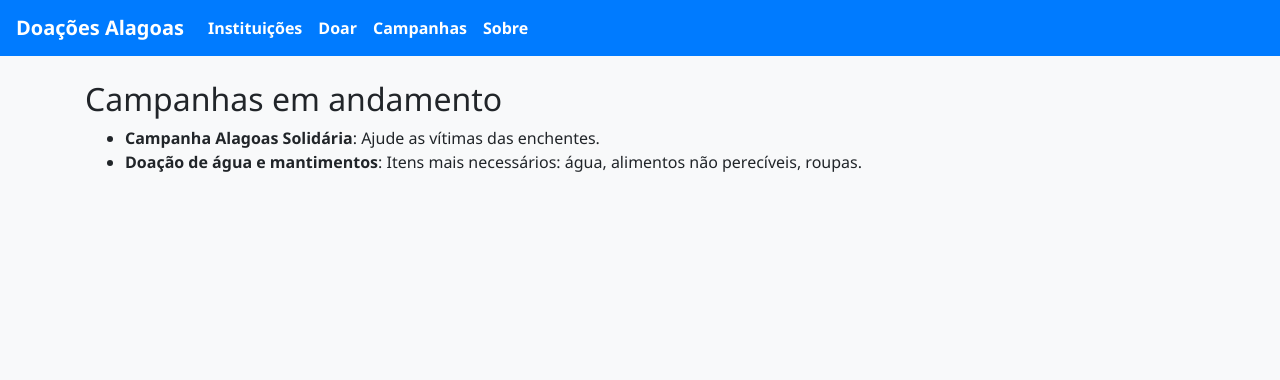
Repository: rafaelcrb/mvp-doacoes-alagoas
Page: http://localhost/campanhas
An editor plug-in stored every save of this project. The page is shown before and after the next save, followed by the edit.
The browser window is 1280 px wide. The pictures show the whole page.
The page is served by the project's application, run on Flask 3 (app.py).

Above is the page before, as saved 2025-05-27 07:37:44.

After the next save:
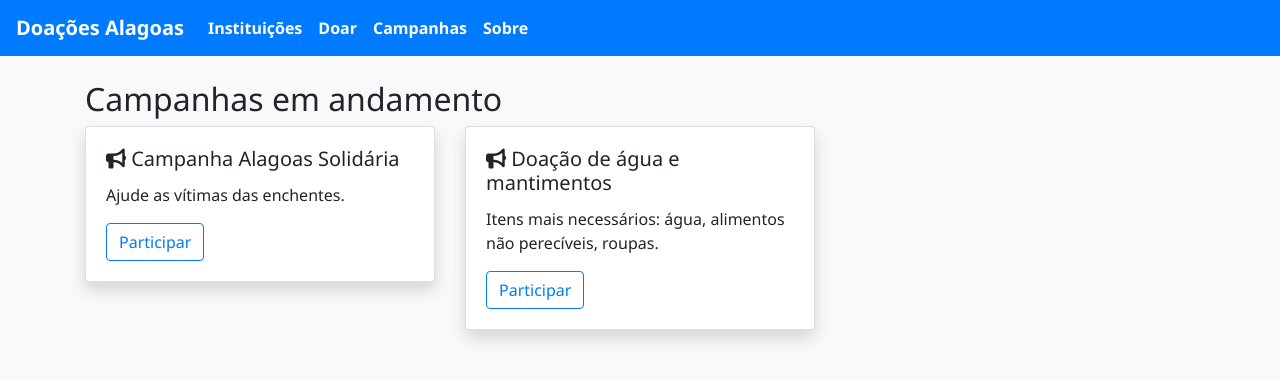
Saved 25 s later.
--- a/templates/campanhas.html
+++ b/templates/campanhas.html
@@ -1,9 +1,21 @@
 {% extends 'base.html' %}
+
 {% block content %}
 <h2>Campanhas em andamento</h2>
-<ul>
+
+<div class="row">
   {% for c in campanhas %}
-  <li><strong>{{ c.nome }}</strong>: {{ c.descricao }}</li>
+  <div class="col-md-4">
+    <div class="card mb-3 shadow">
+      <div class="card-body">
+        <h5 class="card-title">
+          <i class="fas fa-bullhorn"></i> {{ c.nome }}
+        </h5>
+        <p class="card-text">{{ c.descricao }}</p>
+        <a href="/doar" class="btn btn-outline-primary">Participar</a>
+      </div>
+    </div>
+  </div>
   {% endfor %}
-</ul>
+</div>
 {% endblock %}
